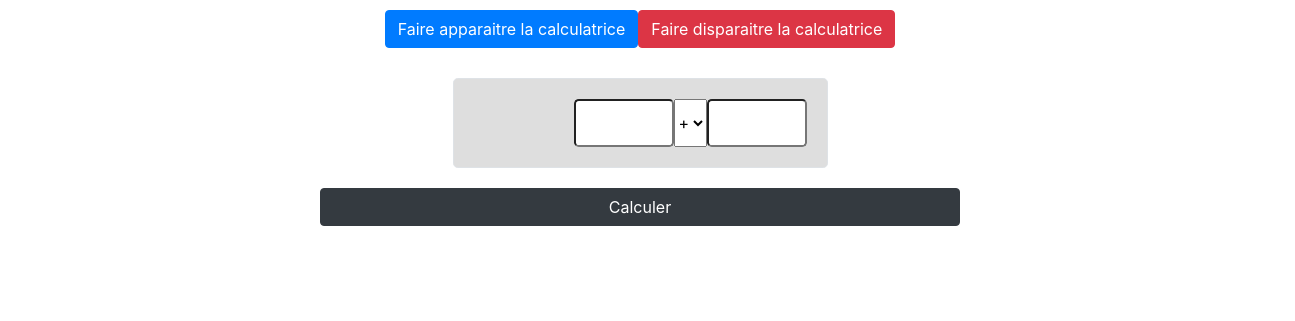
Repository: julieLyM/calculatrice
Page: calculatrice.html
The author's editor kept a copy of each file at every save. The page is drawn from the files as they stood at one save, then again after a run of saves.
The browser window is 1280 px wide. The page is 1280 px wide, then 1295 px, so the pictures cover 1295 px, including what lies to the right of the window. The pictures show the whole page.

Above is the page before, as saved 2020-12-08 15:34:56.

### calculatrice.html
<!DOCTYPE html>
<html lang="fr">
  <head>
    <meta charset="UTF-8">
    <meta name="viewport" content="width=device-width, initial-scale=1.0">
		<link rel="stylesheet" href="https://cdn.jsdelivr.net/npm/bootstrap@4.5.3/dist/css/bootstrap.min.css" integrity="sha384-TX8t27EcRE3e/ihU7zmQxVncDAy5uIKz4rEkgIXeMed4M0jlfIDPvg6uqKI2xXr2" crossorigin="anonymous">

    <title>exercice calculatrice</title>
  </head>
  <body>
    <div class="container-fluid">
        <div class="row justify-content-center" style="padding: 10px; text-align:center">
          <button class="btn btn-primary" id="appear">
            Faire apparaitre la calculatrice
          </button>
          <button class="btn btn-danger" id="disapear">
            Faire disparaitre la calculatrice
          </button>
        </div>
        <div class="row justify-content-around border rounded-lg" id="blocCal"  style="padding: 20px;margin: 20px auto; text-align:center; width: 30%;background-color: #dedede">
          <div class="col"></div>
          <input type="text" class="rounded-lg"  id="nombre1" style="width: 100px;">
          <select name="calcul" id="operateur">
            <option>+</option>
            <option>-</option>
            <option>*</option>
            <option>/</option>
          </select>
          <input type="text" class="rounded-lg"  id="nombre2" style="width: 100px;">
          <br>
          <br>
        </div>
        <div class="row justify-content-center" style="margin-top: 20px">
          <button type="button" class="btn btn-dark w-50" id="calculer">Calculer</button>
        </div>
        <br>
        <div class="row justify-content-center">
          <div id="message"></div>
        </div>
      </div>
    <!--APPEL JQUERY-->
		<script src="https://code.jquery.com/jquery-3.5.1.min.js" integrity="sha256-9/aliU8dGd2tb6OSsuzixeV4y/faTqgFtohetphbbj0=" crossorigin="anonymous"></script>
		<script src="https://cdn.jsdelivr.net/npm/bootstrap@4.5.3/dist/js/bootstrap.bundle.min.js" integrity="sha384-ho+j7jyWK8fNQe+A12Hb8AhRq26LrZ/JpcUGGOn+Y7RsweNrtN/tE3MoK7ZeZDyx" crossorigin="anonymous"></script>
    <!--NOTRE CODE JS-->
    <script src="calculatrice.js"></script>
  </body>
</html>

### calculatrice.js
//Etapes :
// --------
// - faire une page html
// - créer deux input type text avec deux id différent pour la saisie des valeurs
// - créer un select avec un id pour proposer les différents opérateurs. (+-*/    ** %)
// - créer un bouton avec un id pour lancer le calcul (button, span)

// Avec js :
// ---------
// - lors du click  sur le bouton (evenement) :
// - récupérer les deux saisies des champs text et l'opérateur selectionné

// - il peut être important de passer les saisies dans un parseFloat() pour les transformer en type number
// - declencher le calcul des saisies selon  l'opérateur avec un if qui va tester l'opérateur pour déclencher l'opération.
// - afficher l'opération avec le résultat.

// Pour aller plus loin :
// ----------------------
// - essayer de donner la possibilité de faire apparaitre ou disparaitre la calculatrice

$(document).ready(function () {
  $('#appear').on('click', function () {
    $('#blocCal').slideDown(1000);
  });

  // Cacher la  calculatrice :
  $('#disapear').on('click', function () {
    $('#blocCal').slideUp(1000);
  });

  $('#calculer').on('click', function () {
    var value1 = $('#nombre1').val();
    var signe = $('#operateur').val();
    var value2 = $('#nombre2').val();

    value1 = parseFloat(value1);
    value2 = parseFloat(value2);
    var resultat = '';

    if (signe == '+') {
      resultat = $('#message').html(
        '<div style="background-color: pink;color: yellow; text-align: center;font-size:26px; padding:20px">Résultat addition: ' +
          value1 +
          signe +
          value2 +
          ' = ' +
          (value1 + value2) +
          '</div>'
      );
    } else if (signe == '-') {
      resultat = resultat = $('#message').html(
        '<div style="background-color: pink;color: blue; text-align: center;font-size:26px; padding:20px">Résultat soustration: ' +
          value1 +
          signe +
          value2 +
          ' = ' +
          (value1 - value2) +
          '</div>'
      );
    } else if (signe == '*') {
      resultat = resultat = $('#message').html(
        '<div style="background-color: pink;color: purple; text-align: center;font-size:26px; padding:20px">Résultat multiplication: ' +
          value1 +
          signe +
          value2 +
          ' = ' +
          value1 * value2 +
          '</div>'
      );
    } else if (signe == '/') {
      resultat = resultat = $('#message').html(
        '<div style="background-color: pink;color: green; text-align: center;font-size:26px; padding:20px">Résultat division: ' +
          value1 +
          signe +
          value2 +
          ' = ' +
          value1 / value2 +
          '</div>'
      );
    }
  });

  $('#nombre1, #nombre2').on('mouseover', function () {
    $('#message').html(
      `<div style="background-color: pink;color: red; padding:20px">Saisir un chiffre</div>`
    );
  });

  $('#nombre1, #nombre2').on('mouseout', function () {
    $('#message').html('');
  });

  $('#operateur').on('mouseover', function () {
    $('#message').html(
      `<div style="background-color: pink;color: red; padding:20px">Saisir un opérateur + - / *</div>`
    );
  });
  $('#operateur').on('mouseout', function () {
    $('#message').html('');
  });
});

After the next 3 saves:
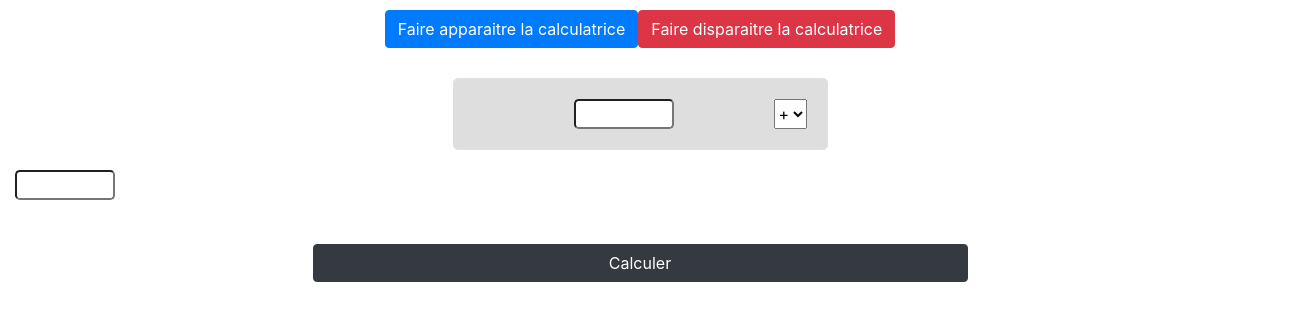
The 3 saves are shown as one change because they came seconds apart.
The last was saved 11 s later.
--- a/calculatrice.html
+++ b/calculatrice.html
@@ -18,14 +18,14 @@
           </button>
         </div>
         <div class="row justify-content-around border rounded-lg" id="blocCal"  style="padding: 20px;margin: 20px auto; text-align:center; width: 30%;background-color: #dedede">
-          <div class="col"></div>
-          <input type="text" class="rounded-lg"  id="nombre1" style="width: 100px;">
+          <div class="col">
+          <input type="text" class="rounded-lg"  id="nombre1" style="width: 100px;"></div>
           <select name="calcul" id="operateur">
             <option>+</option>
             <option>-</option>
             <option>*</option>
             <option>/</option>
-          </select>
+          </select></div>
           <input type="text" class="rounded-lg"  id="nombre2" style="width: 100px;">
           <br>
           <br>
